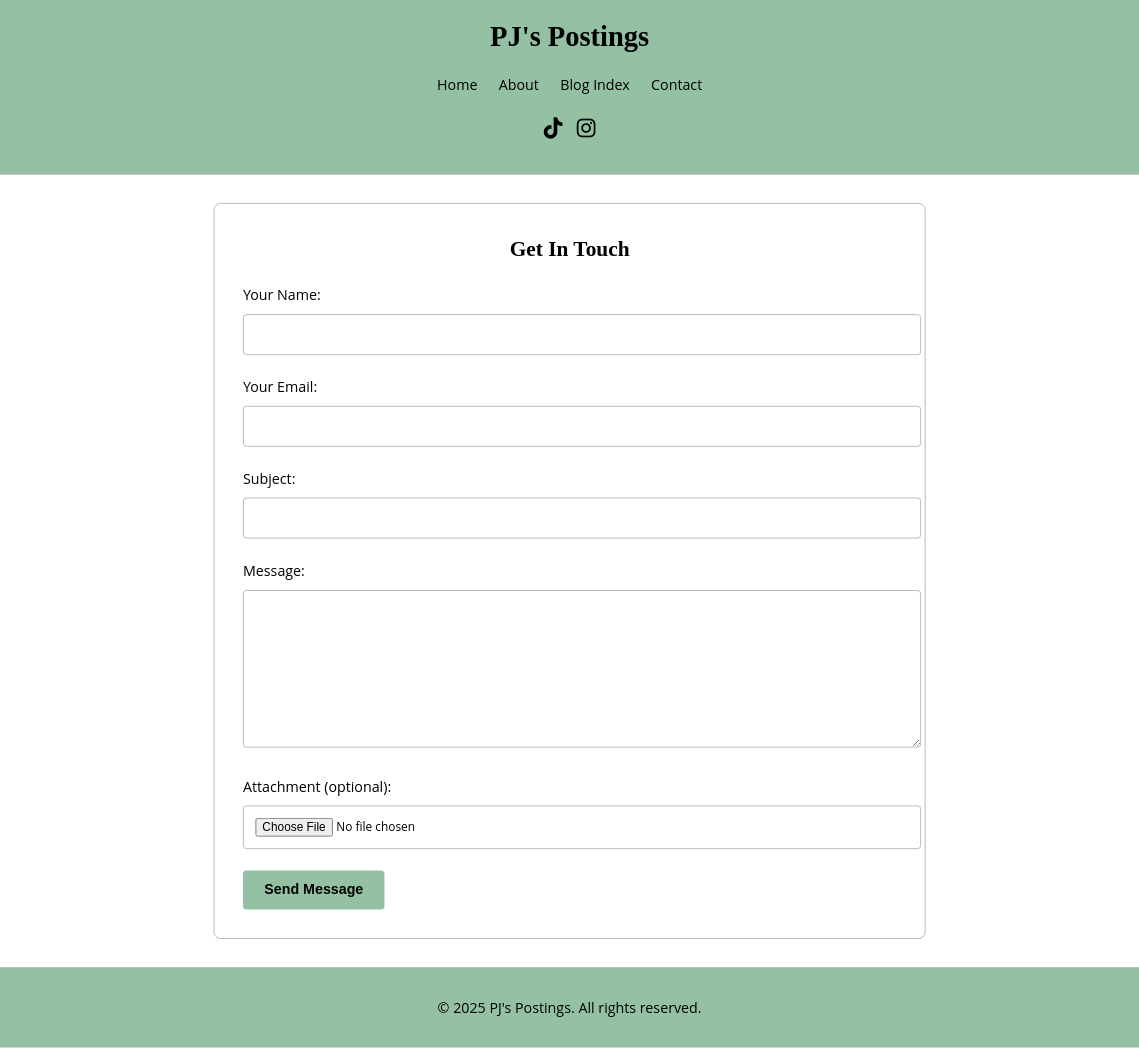
Repository: pjpatrick071/pjpatrick071.github.io
Page: contact.html
The author's editor kept a copy of each file at every save. The page is drawn from the files as they stood at one save, then again after the next save.
The browser window is 1280 px wide. The pictures show the whole page, at 89% of full size.
Some web fonts or font styles are not loaded; a fallback is used.

Above is the page before, as saved 2025-04-03 00:04:40.

After the next save:
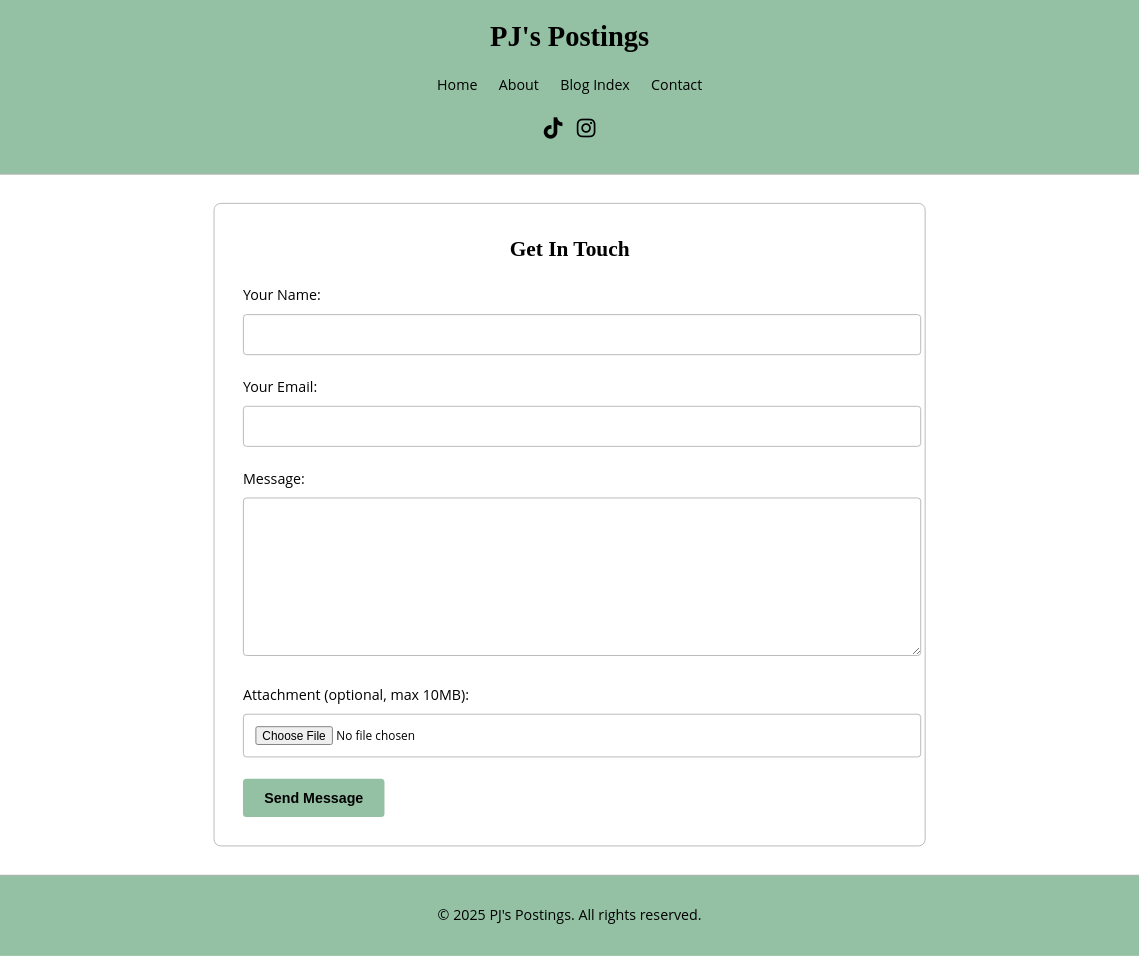
Saved 6 min 36 s later.
--- a/contact.html
+++ b/contact.html
@@ -181,7 +181,9 @@
     <div class="container">
         <section class="contact-form">
             <h2 class="form-title">Get In Touch</h2>
-            <form action="https://formspree.io/f/xdkewgrl" method="POST" enctype="multipart/form-data">
+            <form id="contactForm" action="https://formspree.io/f/xdkewgrl" method="POST" enctype="multipart/form-data">
+                <input type="hidden" name="_subject" value="New submission from PJ's Postings">
+
                 <div class="form-group">
                     <label for="name">Your Name:</label>
                     <input type="text" id="name" name="name" required>
@@ -193,25 +195,20 @@
                 </div>
 
                 <div class="form-group">
-                    <label for="subject">Subject:</label>
-                    <input type="text" id="subject" name="subject" required>
-                </div>
-
-                <div class="form-group">
                     <label for="message">Message:</label>
                     <textarea id="message" name="message" required></textarea>
                 </div>
 
                 <div class="form-group">
-                    <label for="upload">Attachment (optional):</label>
-                    <input type="file" id="upload" name="upload">
+                    <label for="upload">Attachment (optional, max 10MB):</label>
+                    <input type="file" id="upload" name="file">
+                    <small class="file-feedback" id="fileFeedback"></small>
                 </div>
 
                 <button type="submit" class="submit-btn">Send Message</button>
             </form>
         </section>
     </div>
-
     <!-- Footer -->
     <footer>
         <p>&copy; <script>document.write(new Date().getFullYear());</script> PJ's Postings. All rights reserved.</p>
